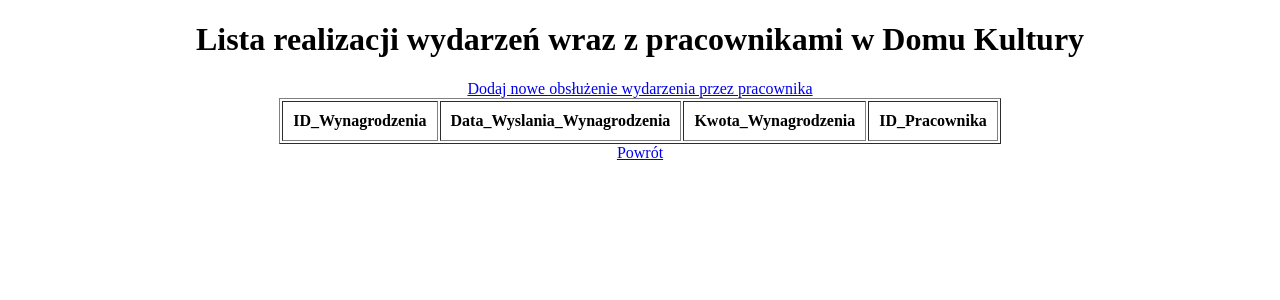
Repository: marcinRuta/houseOfCulture-crud-webapp-database
Page: http://localhost/obslugiwanie_wydarzenia
The author's editor kept a copy of each file at every save. The page is drawn from the files as they stood at one save, then again after the next save.
The browser window is 1280 px wide. The pictures show the whole page.
The page is this project's Thymeleaf template; nobody is signed in. The template is opened directly, without the code that normally fills it, so the values that code supplies are empty.

Above is the page before, as saved 2020-12-29 22:55:31.

After the next save:
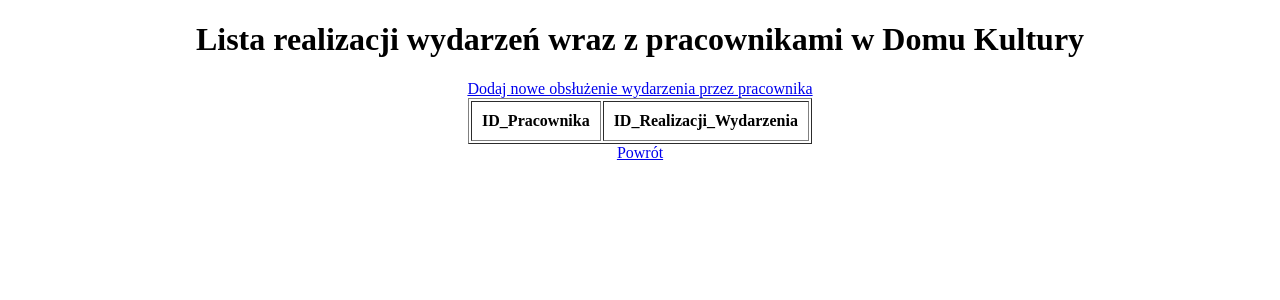
Saved 62 s later.
--- a/DomKultury/src/main/resources/templates/obslugiwanie_wydarzenia.html
+++ b/DomKultury/src/main/resources/templates/obslugiwanie_wydarzenia.html
@@ -15,15 +15,13 @@
 		<table border="1" cellpadding="10">
 
 			<!-- Entry to a new page -->
-			<a href="/newWYN">Dodaj nowe obsłużenie wydarzenia przez pracownika</a>
+			<a href="/newOW">Dodaj nowe obsłużenie wydarzenia przez pracownika</a>
 
 			<!-- Table header -->
 			<thead>
 				<tr>
-					<th>ID_Wynagrodzenia</th>
-					<th>Data_Wyslania_Wynagrodzenia</th>
-					<th>Kwota_Wynagrodzenia</th>
 					<th>ID_Pracownika</th>
+					<th>ID_Realizacji_Wydarzenia</th>
 				</tr>
 			</thead>
 
